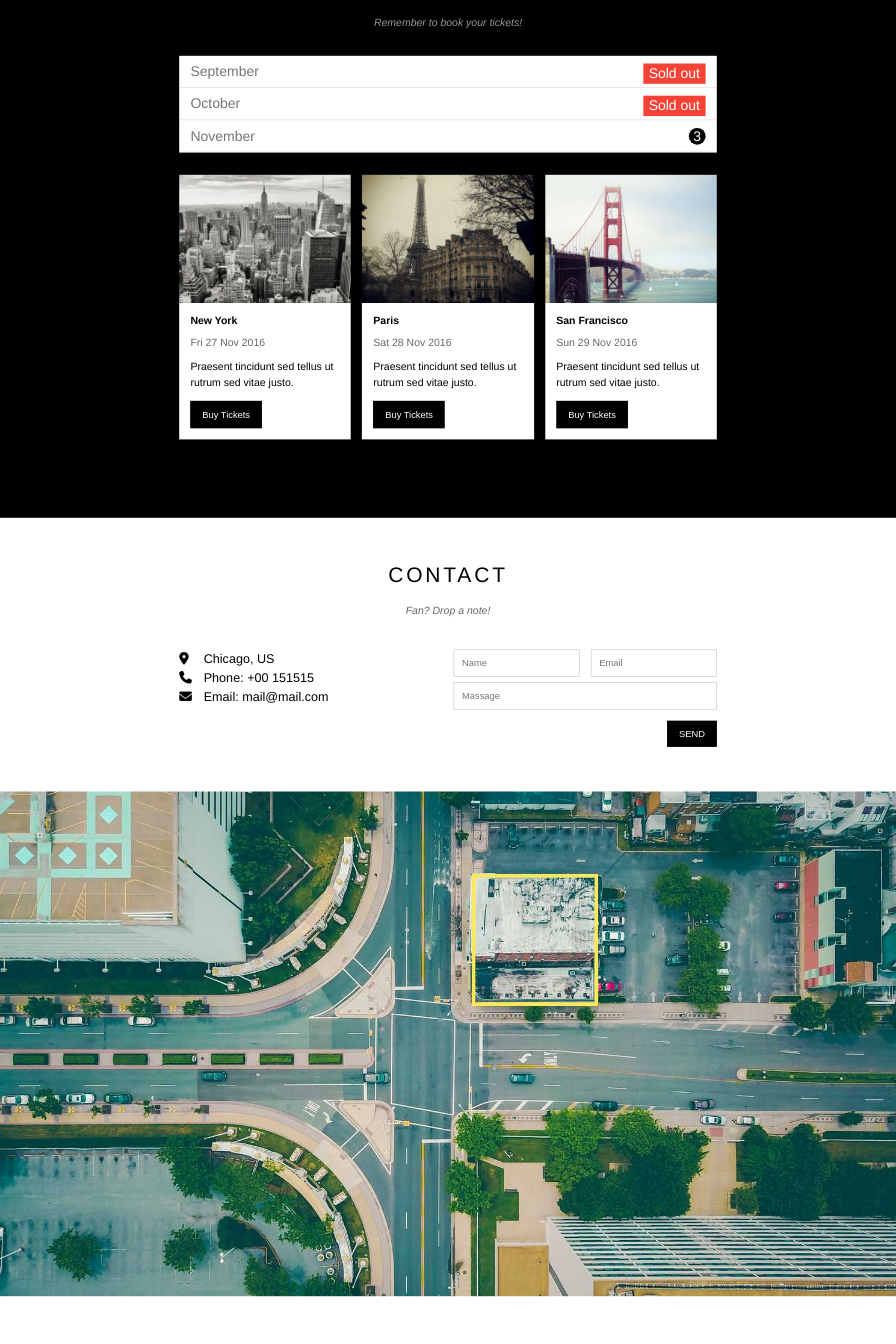
Repository: nugort/nugort.github.io
Page: learing/f8/the-band/index.html
These files come from the project's save history. The page is drawn as it stood at one moment and after the next save; the edit follows.
The browser window is 1280 px wide. The pictures show the part of the page from y = 1444 to 3364 px (the page is 3533 px tall before and 3549 px after), at 70% of full size.
Some web libraries are served in a nearby version.

Above is the page before, as saved 2022-03-07 03:51:49.

### learing/f8/the-band/index.html
<!DOCTYPE html>
<html lang="en">

<head>
    <meta charset="UTF-8">
    <meta http-equiv="X-UA-Compatible" content="IE=edge">
    <meta name="viewport" content="width=device-width, initial-scale=1.0">
    <title>The Band by Nugỏrt</title>
    <script src="https://kit.fontawesome.com/5e3d8c980a.js" crossorigin="anonymous"></script>
    <!-- https://fontawesome.com/kits  nguyendinhtruong10522@gmail.com-->
    <link rel="shortcut icon" href="./assets/img/favicon.jpg" type="image/x-icon">
    <link rel="stylesheet" href="./assets/css/styles.css">
    <link rel="stylesheet" href="./assets/css/responsive.css">
</head>

<body>
    <div id="main">
        <!-- Header -->
        <div id="header">

            <!-- Navigation -->
            <ul id="nav">
                <li>
                    <a href="#">Home</a>
                </li>

                <li>
                    <a href="#band">Band</a>
                </li>

                <li>
                    <a href="#tour">Tour</a>
                </li>

                <li>
                    <a href="#contact">Contact</a>
                </li>

                <li>
                    <a href="#">More <i class="fas fa-caret-down"></i></a>
                    <ul class="subnav">
                        <li>
                            <a href="#">Merchandise</a>
                        </li>

                        <li>
                            <a href="#">Extras</a>
                        </li>

                        <li>
                            <a href="#">Media</a>
                        </li>
                    </ul>
                </li>
            </ul>

            <!-- Search -->
            <div class="nav-search">
                <a href="#"><i class="fas fa-search"></i></a>
            </div>

            <div id="nav-bar-bar" class="nav-bar">
                <a href="#"><i class="fa-solid fa-bars"></i></a>
            </div>
        </div>

        <!-- Slider -->
        <div id="slider">
            <div class="slider-text">
                <h3 class="slider-text-title">
                    Chicago
                </h3>
                <p class="slider-text-dsc">
                    Thank you, Chicago - A night we won't forget.
                </p>
            </div>
        </div>

        <!-- Content -->
        <div id="content">
            <!-- About -->
            <div id="band" class="content-section">
                <h2 class="content-section-title">
                    The Band
                </h2>
                <p class="content-section-slogan">
                    We love music
                </p>
                <p class="about-content-section content">We have created a fictional band website. Lorem ipsum dolor sit
                    amet, consectetur adipiscing elit, sed do eiusmod tempor incididunt ut labore et dolore magna
                    aliqua. Ut enim ad minim veniam, quis nostrud exercitation ullamco laboris nisi ut aliquip ex ea
                    commodo consequat. Duis aute irure dolor in reprehenderit in voluptate velit esse cillum dolore eu
                    fugiat nulla pariatur. Excepteur sint occaecat cupidatat non proident, sunt in culpa qui officia
                    deserunt mollit anim id est laborum consectetur adipiscing elit, sed do eiusmod tempor incididunt ut
                    labore et dolore magna aliqua. Ut enim ad minim veniam, quis nostrud exercitation ullamco laboris
                    nisi ut aliquip ex ea commodo consequat.</p>
                <div class="row band-members">
                    <div class="col three-cols s-one-col text-center mt-32">
                        <p class="member-name">Name</p>
                        <img src="./assets/img/band-members/bandmember.jpg" alt="Name" class="member-avt">
                    </div>

                    <div class="col three-cols s-one-col text-center mt-32">
                        <p class="member-name">Name</p>
                        <img src="./assets/img/band-members/bandmember.jpg" alt="Name" class="member-avt">
                    </div>

                    <div class="col three-cols s-one-col text-center mt-32">
                        <p class="member-name">Name</p>
                        <img src="./assets/img/band-members/bandmember.jpg" alt="Name" class="member-avt">
                    </div>
                </div>
            </div>

            <!-- Tour -->
            <div id="tour" class="tour-section">
                <div class="content-section text-white">
                    <h2 class="content-section-title text-white">
                        TOUR DATES
                    </h2>
                    <p class="content-section-slogan">
                        Remember to book your tickets!
                    </p>

                    <!-- Tickets -->
                    <ul class="tickets-list">
                        <li>September <span class="sold-out">Sold out</span></li>
                        <li>October <span class="sold-out">Sold out</span></li>
                        <div class="clear"></div>
                        <li>November <span class="tickets-left">3</span></li>
                    </ul>

                    <!-- Tour places -->
                    <div class="tour-places row">
                        <div class="col three-cols s-one-col">
                            <img src="./assets/img/tour-places/newyork.jpg" alt="New York" class="place-img">
                            <div class="place-body">
                                <h3 class="place-body-title">New York</h3>
                                <p class="place-time">Fri 27 Nov 2016</p>
                                <p class="place-content">Praesent tincidunt sed tellus ut rutrum sed vitae justo.</p>
                                <button class="place-buy-btn js-buy-tickets">Buy Tickets</button>
                            </div>
                        </div>

                        <div class="col three-cols s-one-col">
                            <img src="./assets/img/tour-places/paris.jpg" alt="Paris" class="place-img">
                            <div class="place-body">
                                <h3 class="place-body-title">Paris</h3>
                                <p class="place-time">Sat 28 Nov 2016</p>
                                <p class="place-content">Praesent tincidunt sed tellus ut rutrum sed vitae justo.</p>
                                <button class="place-buy-btn js-buy-tickets">Buy Tickets</button>
                            </div>
                        </div>

                        <div class="col three-cols s-one-col">
                            <img src="./assets/img/tour-places/sanfran.jpg" alt="San Francisco" class="place-img">
                            <div class="place-body">
                                <h3 class="place-body-title">San Francisco</h3>
                                <p class="place-time">Sun 29 Nov 2016</p>
                                <p class="place-content">Praesent tincidunt sed tellus ut rutrum sed vitae justo.</p>
                                <button class="place-buy-btn js-buy-tickets">Buy Tickets</button>
                            </div>
                        </div>
                    </div>
                </div>
            </div>

            <!-- Contact -->
            <div id="contact" class="content-section">
                <h2 class="content-section-title">
                    CONTACT
                </h2>
                <p class="content-section-slogan">
                    Fan? Drop a note!
                </p>
                <div class="row contact-form">
                    <div class="col two-cols s-one-col contact-form-infor">
                        <p>
                            <i class="fa-solid fa-location-dot"></i>
                            Chicago, US
                        </p>
                        <p>
                            <i class="fa-solid fa-phone"></i>
                            Phone: +00 151515
                        </p>
                        <p>
                            <i class="fa-solid fa-envelope"></i>
                            Email: mail@mail.com
                        </p>
                    </div>

                    <div class="col two-cols s-one-col">
                        <form action="">
                            <div class="row">
                                <div class="col two-cols s-one-col">
                                    <input type="text" name="" placeholder="Name" class="form-control" required>
                                </div>
                                <div class="col two-cols s-one-col">
                                    <input type="email" name="" placeholder="Email" class="form-control" required>
                                </div>
                            </div>

                            <div class="row">
                                <div class="col one-col mt-8">
                                    <input type="text" name="" placeholder="Massage" class="form-control" required>
                                </div>
                            </div>

                            <input type="submit" value="SEND" class="contact-form-submit mt-16">
                        </form>
                    </div>
                </div>
            </div>

            <div class="map-section">
                <img src="./assets/img/maps/map.jpg" alt="map">
            </div>
        </div>

        <div id="footer">
            <div class="social-network">
                <a href=""><i class="fa-brands fa-facebook-square"></i></a>
                <a href=""><i class="fa-brands fa-instagram"></i></a>
                <a href=""><i class="fa-brands fa-snapchat"></i></a>
                <a href=""><i class="fa-brands fa-pinterest-p"></i></a>
                <a href=""><i class="fa-brands fa-twitter"></i></a>
                <a href=""><i class="fa-brands fa-linkedin-in"></i></a>
            </div>

            <p class="copyright mt-16">This website was made with W3schools Spaces. Make your own free website today!
            </p>

            <button class="last-btn mt-16">Start now</button>
        </div>
    </div>

    <div class="modal  js-modal">
        <div class="modal-container js-modal-container">
            <modal class="close js-modal-close">
                <i class="modal-heading-close fa-solid fa-xmark"></i>
            </modal>

            <header class="modal-header">
                <i class="modal-heading-bag fa-solid fa-suitcase"></i>
                Tickets
            </header>

            <div class="modal-body">
                <label for="modal-tickets-quantity" class="modal-label">
                    <i class="fa-solid fa-cart-shopping"></i>
                    Tickets, 15$ per person
                </label>
                <input id="modal-tickets-quantity" type="text" class="modal-input" placeholder="How many ?" required>

                <label for="modal-tickets-email" class="modal-label">
                    <i class="fa-solid fa-user"></i>
                    Send To
                </label>
                <input id="modal-tickets-email" type="email" class="modal-input" placeholder="Enter email" required>

                <button id="buy-tickets">
                    Pay <i class="fa-solid fa-check"></i>
                </button>
            </div>

            <div class="modal-footer">
                <p class="modal-help">
                    Need <a href="#">help?</a>
                </p>
            </div>
        </div>
    </div>

    <script>
        const buyBtns = document.querySelectorAll('.js-buy-tickets')
        const modal = document.querySelector('.modal')
        const modalClose = document.querySelector('.js-modal-close')
        const modalContainer = document.querySelector('.js-modal-container')

        //hàm hiển thị form mua vé
        function showBuyTickets() {
            modal.classList.add('open')
        }

        //hàm ẩn form mua vé
        function hideBuyTickets() {
            modal.classList.remove('open')
        }

        //lặp qua từng thẻ button và nghe hành vi click
        for (const buyBtn of buyBtns) {
            buyBtn.addEventListener('click', showBuyTickets)
        }

        //nghe hành vi click vào button close
        modalClose.addEventListener('click', hideBuyTickets)

        modal.addEventListener('click', hideBuyTickets)

        //ngăn chặn hành vi nổi bọt (khi click vào khoảng không để đóng form và thứ k mong muốn)
        modalContainer.addEventListener('click', function (event) {
            event.stopPropagation()
        })
    </script>

    <script>
        // Đóng mở menu mobile
        var header = document.getElementById('header');
        var navBar = document.getElementById('nav-bar-bar');
        var headerHeight = header.clientHeight;

        navBar.onclick = function () {
            event.preventDefault();
            var isClosed = header.clientHeight === headerHeight;
            if (isClosed) {
                header.style.height = 'auto';
            } else {
                header.style.height = null;
            }
        }
    </script>

    <script>
        // Đóng menu mobile sau khi đã chọn chức năng
        var menuItems = document.querySelectorAll('#nav li a[href*="#"]');
        for (var i = 0; i < menuItems.length; i++) {
            var menuItem = menuItems[i];

            menuItem.onclick = function () {
                var isParentMenu = this.nextElementSibling && this.nextElementSibling.classList.contains('subnav');
                if (isParentMenu) {
                    event.preventDefault();
                } else {
                    header.style.height = null;
                }

            }
        }
    </script>
</body>

</html>

### learing/f8/the-band/assets/css/responsive.css
/*
    PC: >= 1024px
    Tablet: >= 740px & < 1024px
    Mobile: < 740px
*/

/* PC */
/* @media (min-width: 1024) {

} */

/* Tablet */
/* @media (max-width: 1023px) and (min-width: 741px) {

} */

/* Mobile */
@media (max-width: 740px) {
    #header {
        overflow: hidden;
    }

    #header .nav-search {
        display: none;
    }

    #header .nav-bar {
        display: inline-block;
        position: absolute;
        top: 0;
        right: 0;
    }

    #nav {
        display: block
    }

    #nav > li {
        display: block;
    }

    #nav > li:first-child {
        display: inline-block;
    }

    #nav > li  a{
        display: block;
        padding: 1px 24px;
    }

    #nav .subnav {
        position: initial;
        background:#333;
    }

    #nav .subnav a {
        color: #fff;
        padding: 5px 41px;
    }

    #content .s-one-col  {
        /* margin-top: 30px; */
        width: 100%;
    }

    #content .member-avt {
        width: 60%;
    }
}

Loaded but not shown: learing/f8/the-band/assets/css/styles.css (615 lines, source omitted)

After the next save:
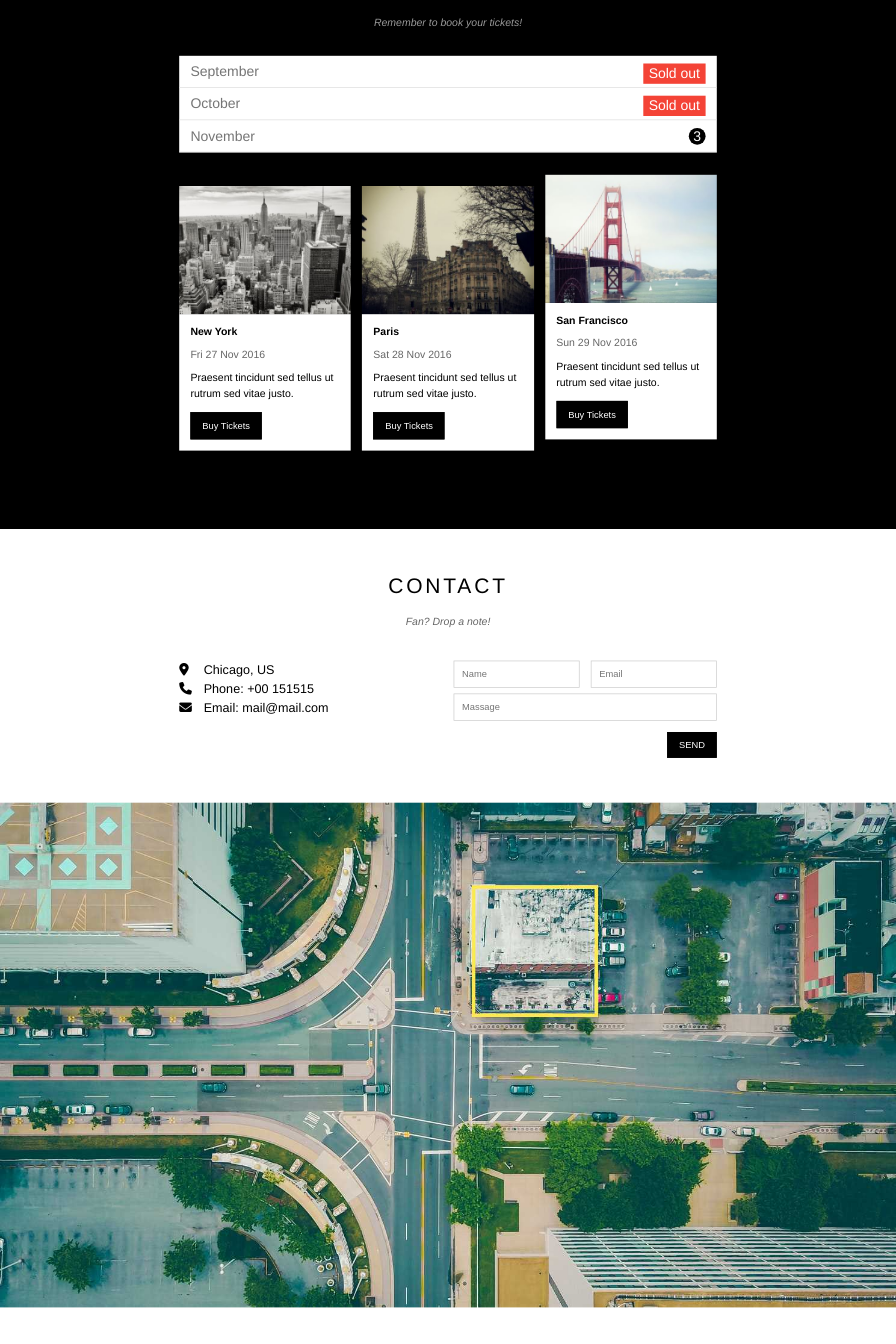
Saved 67 s later.
--- a/learing/f8/the-band/index.html
+++ b/learing/f8/the-band/index.html
@@ -132,7 +132,7 @@
 
                     <!-- Tour places -->
                     <div class="tour-places row">
-                        <div class="col three-cols s-one-col">
+                        <div class="col three-cols s-one-col mt-16">
                             <img src="./assets/img/tour-places/newyork.jpg" alt="New York" class="place-img">
                             <div class="place-body">
                                 <h3 class="place-body-title">New York</h3>
@@ -142,7 +142,7 @@
                             </div>
                         </div>
 
-                        <div class="col three-cols s-one-col">
+                        <div class="col three-cols s-one-col mt-16">
                             <img src="./assets/img/tour-places/paris.jpg" alt="Paris" class="place-img">
                             <div class="place-body">
                                 <h3 class="place-body-title">Paris</h3>
@@ -152,7 +152,7 @@
                             </div>
                         </div>
 
-                        <div class="col three-cols s-one-col">
+                        <div class="col three-cols s-one-co mt-16l">
                             <img src="./assets/img/tour-places/sanfran.jpg" alt="San Francisco" class="place-img">
                             <div class="place-body">
                                 <h3 class="place-body-title">San Francisco</h3>
